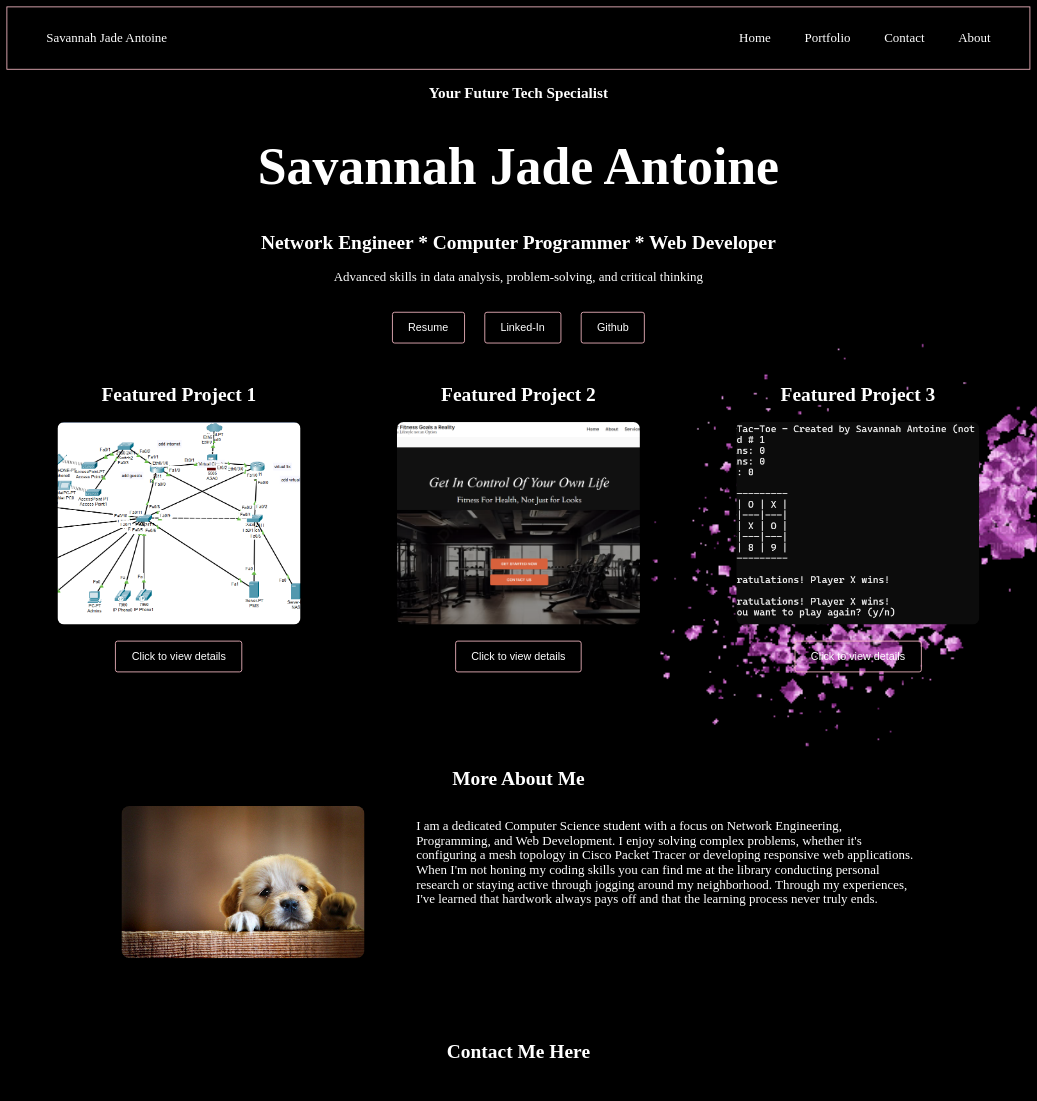
Repository: Savannah-Antoine/Savannah-Antoine
Page: index.html
The author's editor kept a copy of each file at every save. The page is drawn from the files as they stood at one save, then again after the next save.
The browser window is 1280 px wide. The pictures show the whole page, at 81% of full size.

Above is the page before, as saved 2026-05-16 01:34:26.

### index.html
<!DOCTYPE html>
<html lang="en">
<head>
    <meta charset="UTF-8">
    <meta name="viewport" content="width=device-width, initial-scale=1.0">
    <link rel = "stylesheet" href = "./styles/index.css" />
    <link rel = "stylesheet" href = "./styles/globals.css" />
    <title>Savannah Jade Antoine Portfolio</title>
</head>
<body>
<header>
    <nav>
        <ul class = "homeButton">
           <li><a href = "index.html">Savannah Jade Antoine</a></li>
        </ul>
        <ul class = "navigation">
  <li><a href="index.html">Home</a></li>
  <li><a href="#PortfolioSection">Portfolio</a></li>
  <li><a href="#ContactMe">Contact</a></li>
  <li><a href="#AboutMe">About</a></li>
</ul>

</nav>
<h3>Your Future Tech Specialist</h3>
<h1> Savannah Jade Antoine</h1>
<h2>Network Engineer * Computer Programmer * Web Developer</h2>
<p> Advanced skills in data analysis, problem-solving, and critical thinking</p>
<div class = "infoButtons">
<a href = "Savannah Jade Resume (1).pdf"><button>Resume</button></a>
<a href = "www.linkedin.com/in/savannah-antoine-ab0756390" target ="_blank"><button>Linked-In</button></a>
<button>Github</button>
</div>

</header>
<main class = "container">
<section id = "PortfolioSection" class = "project-card">

<h2>Featured Project 1</h2>
<img src = "./assets/images/Project1.png" alt = "First Portfolio placeholder image" />
<p><a href = "./pages/project-name-1.html"><button>Click to view details</button></a>
</section>


<section class = "project-card">
<h2>Featured Project 2</h2>
<img src = "./assets/images/Project2.png" alt = "Second Portfolio placeholder image" />
<p><a href = "./pages/project-name-2.html"><button>Click to view details</button></a>
</section>
<section class = "project-card">
<h2>Featured Project 3</h2>
<img src = "./assets/images/Project3.png" alt = "Third Portfolio placeholder image" />
<p><a href = "./pages/project-name-3.html"><button>Click to view details</button></a>
</section>

<section id = "AboutMe">
<h2>More About Me</h2>
<div  class = "aboutMe"> <img src = "./assets/images/profilepic.jpg" alt = "profile picture" />

<p>I am a dedicated Computer Science student with a focus on Network Engineering, Programming, and Web Development.
I enjoy solving complex problems, whether it's configuring a mesh topology in Cisco Packet Tracer or developing responsive web applications.
When I'm not honing my coding skills you can find me at the library conducting personal research or staying active through jogging around my neighborhood.
Through my experiences, I've learned that hardwork always pays off and that the learning process never truly ends.
</P>
</div>
</section>

<section id = "ContactMe">
<h2>Contact Me Here</h2>

</section>



</main>

</body>
</html>

### styles/index.css
.container{
  display: flex;
    flex-direction: column;
    align-items: center;
    gap: 2rem;
    padding: 1.2rem;

}
#AboutMe{
  text-align: center;
  justify-content: center;


}
.aboutMe{
    display: flex;
    flex-direction: column;      /* Side-by-side */
    align-items: center;
    text-align: left;       /* Vertically centers image and text */
    gap: 2rem;
}





body h1{
    font-size: 2.5rem;

}

img{
    width: 100%;
    max-width: 400px;
    height: auto;
}

### styles/globals.css
body {
    background-color: black;
  background-image: url(/assets/images/background-pic.gif);
  background-repeat: no-repeat;
  background-size: cover;
  color: white;
  font-size: 1rem;
  text-align: center;
}

.homeButton{
  order: -1;
  list-style-type: none;
  margin: 0;
  padding: 0;
  display: flex;
  justify-content: left;

}

.navigation {
    display: grid;
    grid-template-columns: repeat(2, 1fr);
    gap: 0.6rem;
    text-align: right;
}




nav {
    display: flex;
    justify-content: space-between;
    align-items: center;
    padding: 1rem 2rem;

    border: 0.1rem solid pink;
    cursor: pointer;


}



nav ul {
    display: flex;
    list-style: none;
    gap: 1rem;
    margin: 0;
    padding: 0;
}
button {
    padding: 0.7rem 1.2rem;
    background-color: transparent;
    color: white;
    border: 0.1rem solid pink;
    cursor: pointer;
    transition: all 0.3s ease;
    border-radius: 0.2rem;
    gap: 1rem;
}
button:hover {
    background-color: pink;
    color: rgb(31, 1, 31);
    transform: translateY(-3px);
    box-shadow: 0 0.3rem 1rem rgba(255, 255, 255, 0.3);
}

.infoButtons {
    display: flex;
    justify-content: center;
    gap: 1.5rem;
    margin-top: 1.4rem;
    min-width: 100px;
    padding: 0.7rem 0.9rem;
}

li a {
  display: block;
  color: white;
  padding: 0.8rem 1rem;
  text-decoration: none;
}

ul li a:hover {
 background-color: pink;
  color: rgb(31, 1, 31);
  box-shadow: 0 0.5rem 0.9rem rgba(255, 255, 255, 0.3)
}

h1{

  font-size: 4rem;
}

@media screen and (min-width: 768px)
{




    #AboutMe img {
        width: 300px;
        border-radius: 10px;
    }
   body h1 {
        font-size: 4rem;
    }
    .container {
        flex-direction: row;
        flex-wrap: wrap;
        align-items: flex-start;
        justify-content: space-around;
    }
    .project-card {
        width: 30%;
        width:300px;
        min-width: 250px;
        text-align: center;
    }
    .project-card img{
       width: 100%;
    height: 250px;
    object-fit: cover;
    object-position: top;
    border-radius: 0.5rem;


    }


    .navigation{
        display:flex;
    }

}


@media screen and (min-width: 1000px)
{
    .container {
        margin: 0 auto;
    }
    .aboutMe {
        flex-direction: row;
        justify-content: center;
        align-items: flex-start;
        text-align: left;
        gap: 4rem;

    }
    #AboutMe
    {
        padding: 50px 10%;
        text-align: center;
        align-items:center;
        justify-content: center;
      max-width: 1000px;
    }

}

After the next save:
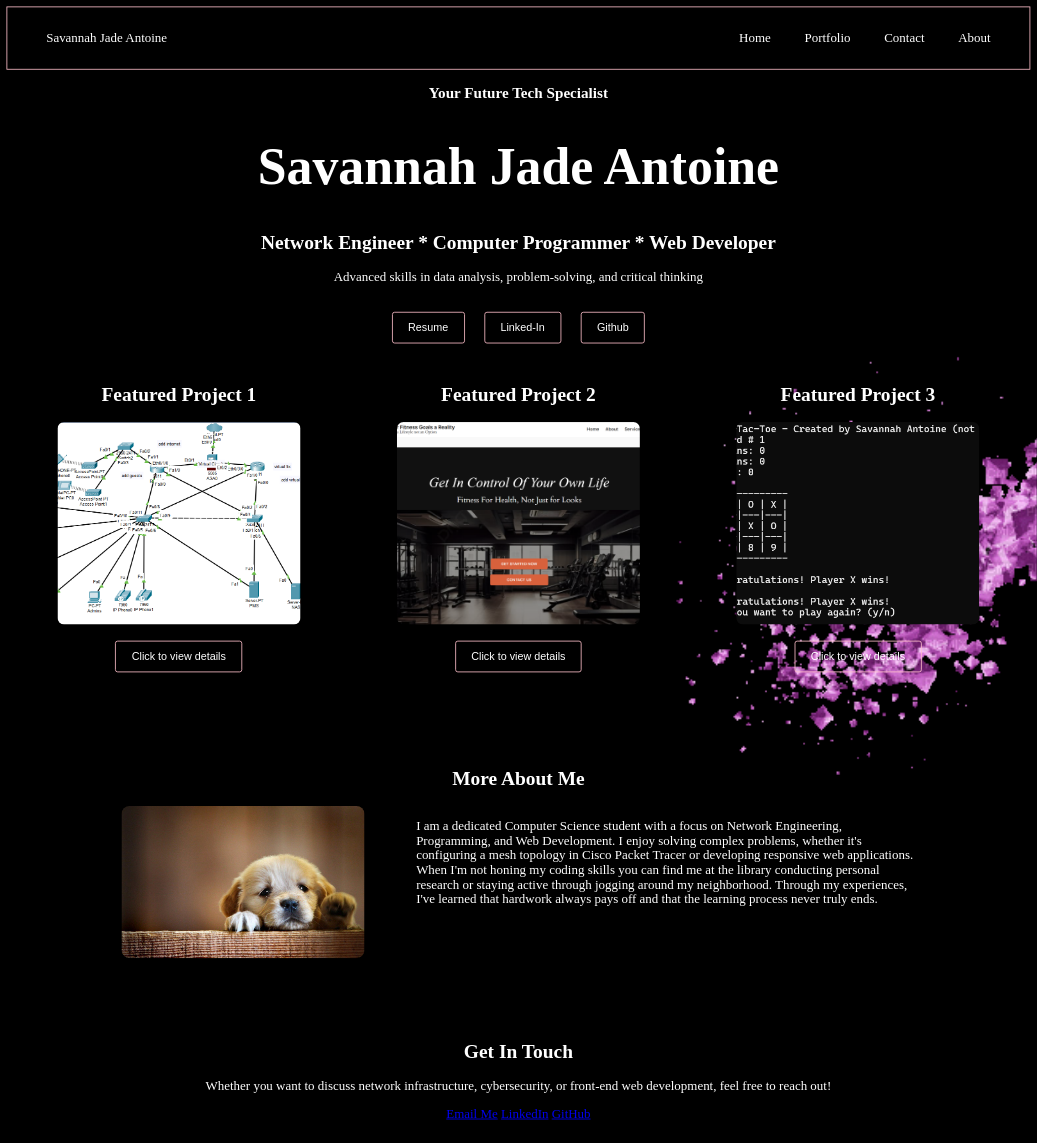
Saved 71 s later.
--- a/index.html
+++ b/index.html
@@ -64,9 +64,15 @@ Through my experiences, I've learned that hardwork always pays off and that the
 </div>
 </section>
 
-<section id = "ContactMe">
-<h2>Contact Me Here</h2>
+<section id="ContactSection" class="contact-container">
+    <h2>Get In Touch</h2>
+    <p>Whether you want to discuss network infrastructure, cybersecurity, or front-end web development, feel free to reach out!</p>
 
+    <div class="contact-methods">
+        <a href="mailto:a.com" class="contact-btn">Email Me</a>
+        <a href="https://linkedin.com/in/yourprofile" target="_blank" class="contact-btn">LinkedIn</a>
+        <a href="https://github.com/yourusername" target="_blank" class="contact-btn">GitHub</a>
+    </div>
 </section>
 
 
